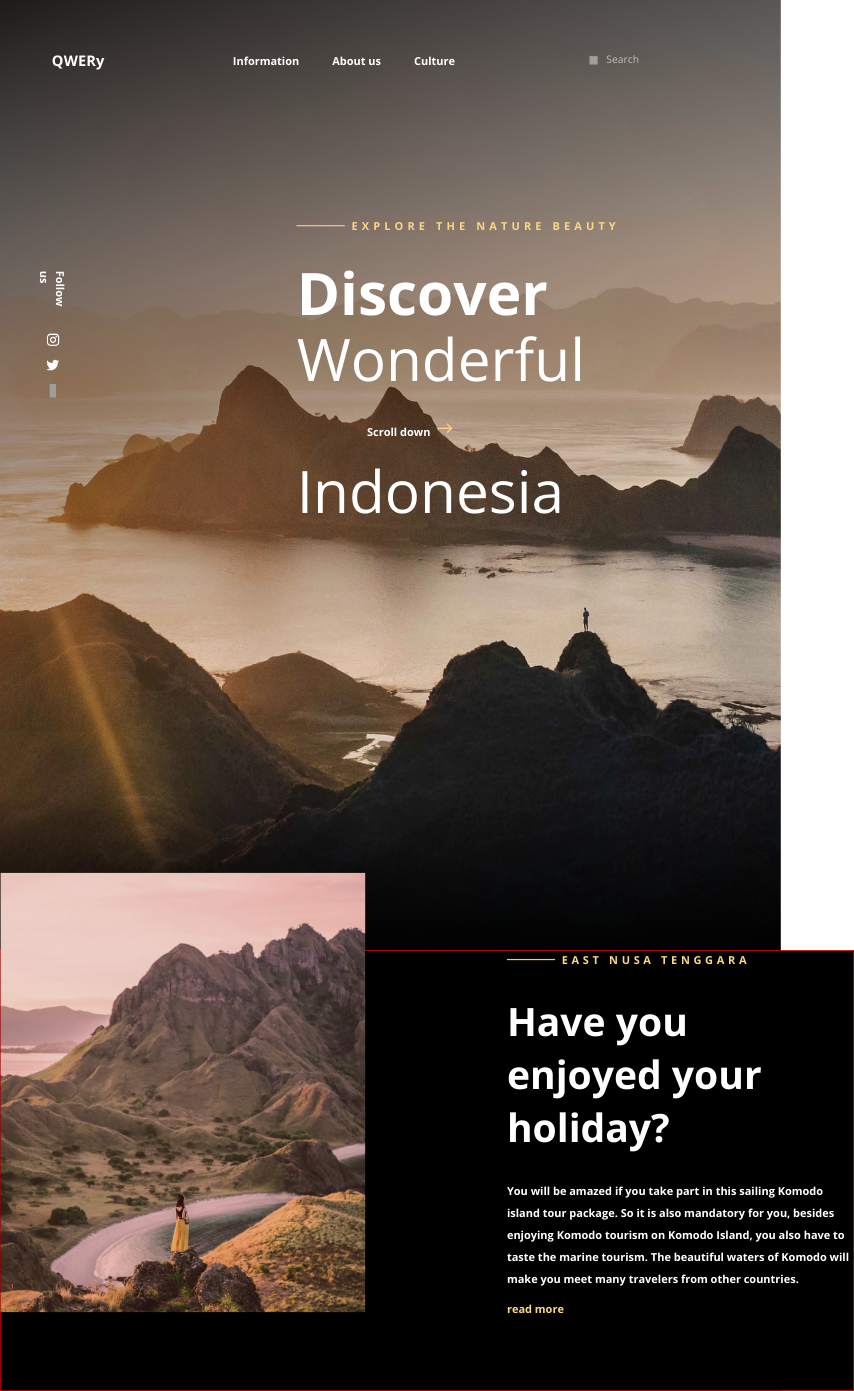
Repository: AndreyMykulych/user_home_work_Mykulych
Page: 6/index.html
These files come from the project's save history. The page is drawn as it stood at one moment and after the next save; the edit follows.
The browser window is 1280 px wide. The page is 1400 px wide, so the pictures cover 1400 px, including what lies to the right of the window. The pictures show the whole page, at 61% of full size.
Pictures or frames that could not be fetched are drawn as grey boxes.

Above is the page before, as saved 2023-03-11 13:34:30.

### 6/index.html
<!DOCTYPE html>
<html lang="en">
<head>
    <meta charset="UTF-8">
    <meta http-equiv="X-UA-Compatible" content="IE=edge">
    <meta name="viewport" content="width=device-width, initial-scale=1.0">
    <title>Document</title>
    <link rel="stylesheet" href="style/normalize.css">
    <link rel="stylesheet" href="style/style.css">
    <link rel="preconnect" href="https://fonts.googleapis.com">
<link rel="preconnect" href="https://fonts.gstatic.com" crossorigin>
<link href="https://fonts.googleapis.com/css2?family=Cinzel&family=Roboto:wght@300;400&family=Zilla+Slab:wght@300&display=swap" rel="stylesheet">
<link rel="preconnect" href="https://fonts.googleapis.com">
<link rel="preconnect" href="https://fonts.gstatic.com" crossorigin>
<link href="https://fonts.googleapis.com/css2?family=Cinzel&family=Open+Sans:wght@700&family=Roboto:wght@300;400&family=Zilla+Slab:wght@300&display=swap" rel="stylesheet">
<link rel="preconnect" href="https://fonts.googleapis.com">
<link rel="preconnect" href="https://fonts.gstatic.com" crossorigin>
<link href="https://fonts.googleapis.com/css2?family=Cinzel&family=Open+Sans:ital,wght@0,700;1,600&family=Roboto:wght@300;400&family=Zilla+Slab:wght@300&display=swap" rel="stylesheet">
<link rel="preconnect" href="https://fonts.googleapis.com">
<link rel="preconnect" href="https://fonts.gstatic.com" crossorigin>
<link href="https://fonts.googleapis.com/css2?family=Cinzel&family=Open+Sans:ital,wght@0,300;0,700;1,600&family=Roboto:wght@300;400&family=Zilla+Slab:wght@300&display=swap" rel="stylesheet">
</head>
<body>

           <div class="first-block">
               <header class="head">
                   <h1>QWERy</h1>
                   <div class="menu">
                   <ul>
                       <li><a href="#">Information</a></li>
                       <li><a href="#">About us</a></li>
                       <li><a href="#">Culture</a></li>
                   </ul>
                </div>
                <div class="search_btn">
                    <img src="img/search.png" alt="search">
                    <input type="search" placeholder="Search">
                </div>
               </header>
               <section1>
                   <div class="leftbar">
                       <p>Follow us</p>
                       <img class="inst" src="img/Inst.png" alt="Inst">
                       <img class="twit" src="img/twit.png" alt="twit">
                       <img class="fb"   src="img/fb.png"   alt="fb">
                   </div>
                   <div class="discover">
                       <!-- <img src="img/line.png" alt="line"> -->
                       <p class="Explore">Explore the Nature Beauty</p>
                       <h1>Discover</h1>
                       <h2>Wonderful Indonesia</h2>
                   </div>
               </section1>
               <div class="scroll_down">
                <p>Scroll down</p>
            </div>
           </div>
 <div class="all_content">
               <div class="second_content">
                <img  class="east_photo" src="img/firstphoto.png" alt="">
                <div class="information">
                <p class="east_title">EAST NUSA TENGGARA</p>
                <h1>Have you enjoyed your holiday?</h1>
                <p class="text">You will be amazed if you take part in this sailing Komodo island tour package.
                So it is also mandatory for you, besides enjoying Komodo tourism on Komodo Island, you also have to taste the marine tourism.
                The beautiful waters of Komodo will make you meet many travelers from other countries.</p>
                <p class="read_more">read more</p>
            </div>
               </div>
</div>

</body>
</html>

### 6/style/style.css
*{
    box-sizing: border-box;
}
html , body {
    font-size: 16px;
}
:root{
    --orange-color:rgba(251, 215, 132, 1);
    --black-color:rgba(0, 0, 0, 1);
    --white-color:rgb(255,255,255);
}
.first-block{

    height: 1558px;
    padding: 0;
    margin-top: 0;
    background-image: url("../img/firstbg.png");
  background-repeat: no-repeat;
  background-size: auto;

}

.head {
    display: flex;
    margin: 0px 84px 0px 85px;
    padding-top: 58px;
    justify-content: space-between;
    align-items: center;
}
.head h1{
    font-family: 'Open Sans';
font-style: normal;
font-weight: 700;
font-size: 1.5em;
line-height: 2.0625em;
letter-spacing: 0.01em;
text-transform: capitalize;
color: var(--white-color);
}
ul li{
    list-style: none;
    display: inline-block;
    padding-right: 50px;

}
ul li a{
    font-family: 'Open Sans';
font-style: normal;
font-weight: 600;
font-size: 1.125em;
line-height: 1.5625em;
color: var(--white-color);
}
a{
    text-decoration: none;
}
.search_btn{
    display: flex;
    justify-content: space-between;
   width: 14.375em;
   align-items: center;
}
.search_btn img{
    width: 0.875em;
    height: 0.875em;
}
.search_btn input {
    background: transparent;
    border: none;

}
.search_btn ::placeholder {

font-family: 'Open Sans';
font-style: normal;
font-weight: 400;
font-size: 1.0625em;
line-height: 1.4375;

color: #C0C0C0;
}
section1{
    display: flex;
    flex-direction: row;
    width: 100%;
  height: 14.375em;
  margin-top: 12.375em;
}
.leftbar p{
    font-size: 1.25em;
    transform: rotate(90deg);
}
.leftbar{
    width:5.625em;
    height: 15.625em;
    display: flex;
   flex-direction: column;
    height:13.375em;
    align-items: center;
    margin-top:6.25em;
     margin-left: 2.875em;
     justify-content: space-between;
}
.leftbar img{
    margin-left: 0.3125em;
}
.leftbar .inst{
    width: 1.25em;
    height: auto;
}
.leftbar .fb{
    width: 0.6875em;
    height: 1.4375em;
}
.leftbar .twit{
    width: 1.3075em;
    height: 1.0625em;
}
.leftbar p{
    font-family: 'Open Sans';
font-style: normal;
font-weight: 600;
font-size: 1.125em;
line-height: 1.4375em;
color: var(--white-color);
transform: rotate(90deg);
}
.discover{
    margin-left: 22.75em;
    position: relative;
    margin-bottom: 0;
    padding-bottom: 0;
}
.discover p{

    display: flex;
    align-items: center;
    font-family: 'Open Sans';
font-style: normal;
font-weight: 700;
font-size: 1.125em;
line-height: 1.5625em;
letter-spacing: 0.375em;
text-transform: uppercase;
color: var(--orange-color);
}

.discover p::before {
    content: "";
    display: block;
    width: 4.375em;
    height: 0.125em;
    background-image: url("../img/line.png");
    margin-right: 0.625em;
  }
.discover h1{
    font-family: 'Open Sans';
font-style: normal;
font-weight: 700;
font-size:6em;
line-height: 0em;
text-transform: capitalize;
color: var(--white-color);
flex: none;
order: 1;
flex-grow: 0;
margin-bottom: 0;
margin-top: 1em;
}
.discover h2{
    font-family: 'Open Sans';
    font-style: normal;
    font-weight: 300;
    font-size:6em;
    line-height:2.25em;
    color: var(--white-color);
    text-transform: capitalize;
    margin:0;
}
.scroll_down{
    margin-left: 47%;
margin-top: 7.875em;
}
.scroll_down p{
    font-family: 'Open Sans';
font-style: normal;
font-weight: 600;
font-size: 1.125em;
line-height: 1.5625em;
color: var(--white-color);
}
.scroll_down p::after{
    position: absolute;
    display: inline-block;
    content: "";
    width: 6.25em;
    height: 2.5em;
    margin-left: 0.625em;
    background-image: url("../img/arrow_downward_24px.png");
    background-repeat: no-repeat;
}

.all_content{
    position: relative;
    width: 100%;
    height: auto;
    background-color: var(--black-color)
}
.second_content{
    display: flex;
    position: relative;
    border: 1px solid red;
    margin: 0 auto;
    width: 87.5em;
    background-color: var(--black-color);
}
 .east_photo{
    position: inherit;
    top: -8em;
}
@media only screen
and (min-device-width: 768px)
and (max-device-width: 1024px)
and (orientation: portrait) {
 .first-block{
     height: 73.75em;
 }
}
.east_title{
    display: flex;
    align-items: center;
    margin-top: 0px;
    font-family: 'Open Sans';
font-style: normal;
font-weight: 700;
font-size: 1.125em;
line-height: 1.5625em;
letter-spacing: 6px;
text-transform: uppercase;
color: var(--orange-color)
}
.east_title::before{
    content: "";
    display: block;
    width: 4.375em;
    height: 0.125em;
    background-image: url("../img/line.png");
    margin-right: 0.625em;
}
.information h1{
    text-align: left;
    margin-right: 0.25em;
    font-family: 'Open Sans';
font-style: normal;
font-weight: 700;
font-size:4em;
line-height: 87px;
color: var(--white-color);
}
.information .text{
    text-align: left;
    margin-right: 0.125em;
font-family: 'Open Sans';
font-style: normal;
font-weight: 600;
font-size: 1.125em;
line-height: 2em;
color: var(--white-color)
}
.read_more{
    font-family: 'Open Sans';
font-style: normal;
font-weight: 700;
font-size: 1.125em;
line-height: 1.5625em;
color: var(--orange-color);
}
.information {
    margin-top: 0px;
    padding-top: 0px;
    margin-left: 232px;
}

Loaded but not shown: 6/style/normalize.css (library)

After the next save:
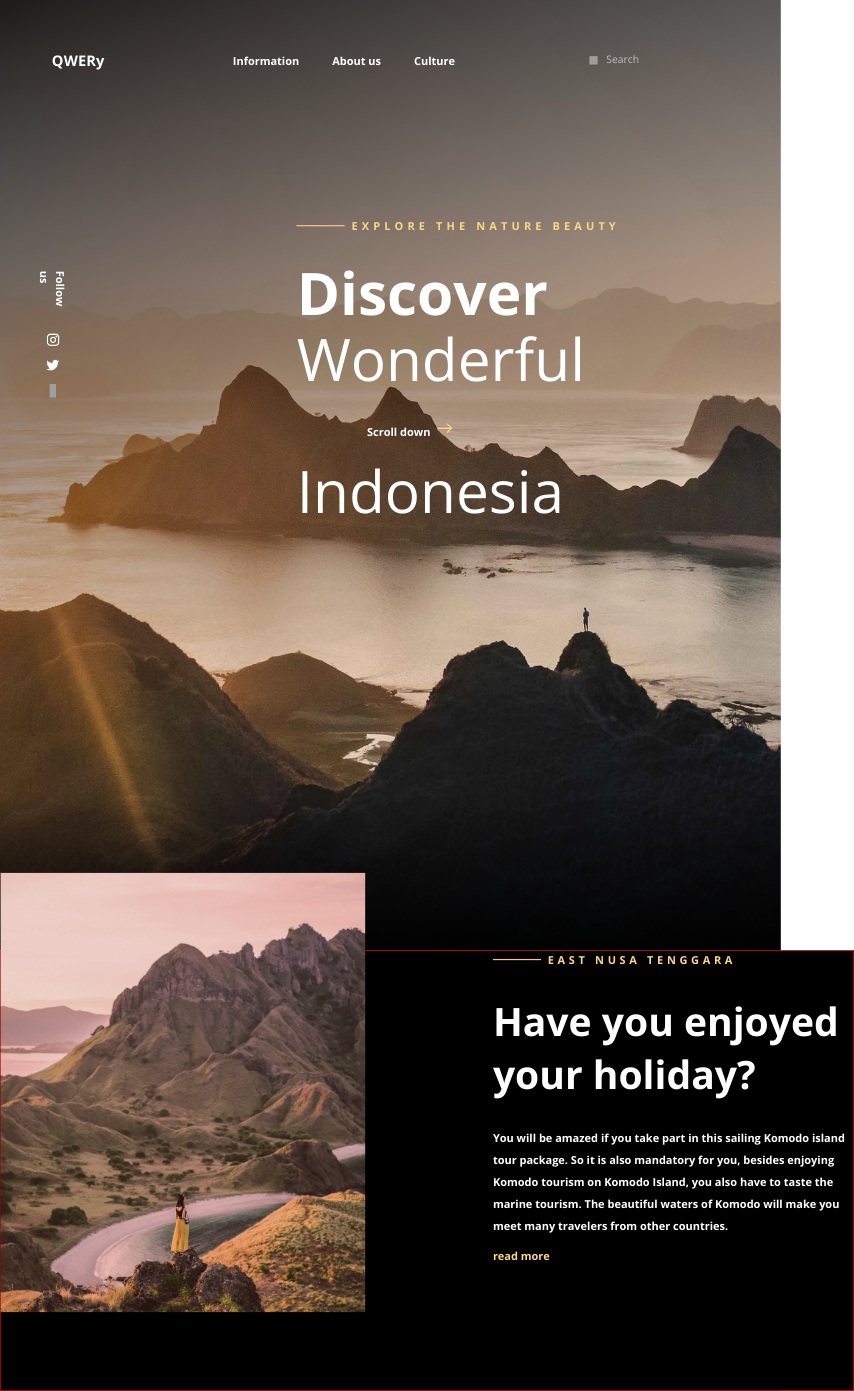
Saved 2 min 10 s later.
--- a/6/style/style.css
+++ b/6/style/style.css
@@ -278,5 +278,5 @@ color: var(--orange-color);
 .information {
     margin-top: 0px;
     padding-top: 0px;
-    margin-left: 232px;
-}
+    margin-left: 13.0625em;
+}
